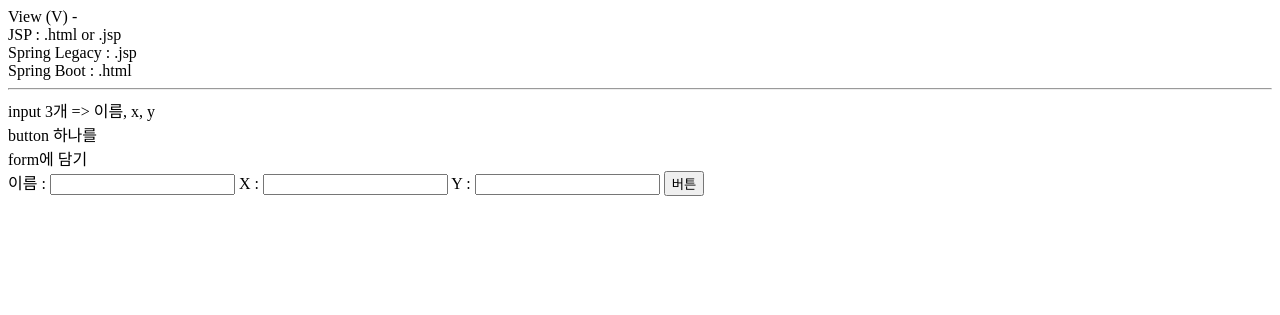
Repository: AgentHyun/FishDalle3
Page: http://localhost/Feb11_2_SpringMVC/
The author's editor kept a copy of each file at every save. The page is drawn from the files as they stood at one save, then again after the next save.
The browser window is 1280 px wide. The pictures show the whole page.
The page is served by Tomcat 9. Other server files are loaded and not shown.

Above is the page before, as saved 2025-02-11 01:34:38.

### Feb11_2_SpringMVC/src/main/webapp/WEB-INF/views/index.jsp
<%@ page language="java" contentType="text/html; charset=UTF-8"
    pageEncoding="UTF-8"%>
<!DOCTYPE html>
<html>
<head>
<meta charset="UTF-8">
<title>Insert title here</title>
</head>
<body>
  View (V) - <br>
      JSP : .html or .jsp <br>
      Spring Legacy : .jsp <br>
      Spring Boot : .html <br>
      <hr>
      input 3개 => 이름, x, y <br>
      button 하나를 <br>
      form에 담기
      <form>
      이름 : <input name = "name">
   X : <input name = "X">
      Y : <input name = "Y">

      <button>버튼</button>
      </form>


</body>
</html>

After the next save:
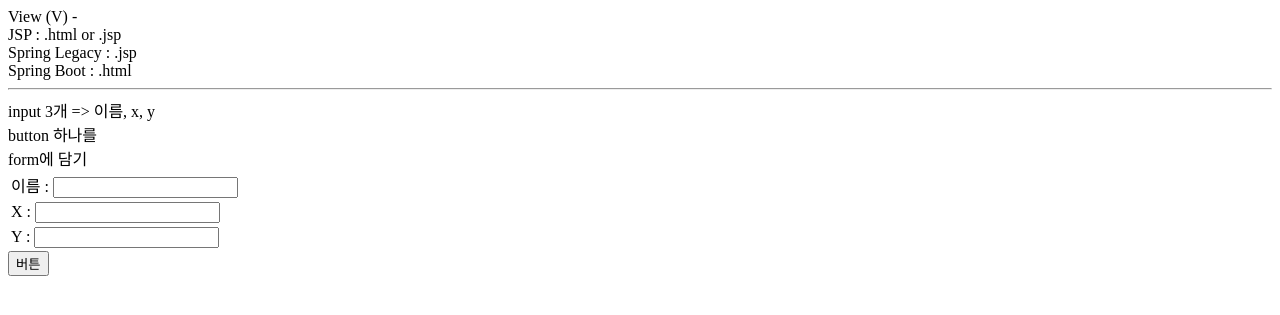
Saved 95 s later.
--- a/Feb11_2_SpringMVC/src/main/webapp/WEB-INF/views/index.jsp
+++ b/Feb11_2_SpringMVC/src/main/webapp/WEB-INF/views/index.jsp
@@ -16,10 +16,15 @@
       button 하나를 <br>
       form에 담기
       <form>
-      이름 : <input name = "name">
-   X : <input name = "X">
+      <table>
+      <tr><td>
+      이름 : <input name = "name"></td></tr>
+      <tr><td>
+   X : <input name = "X"></td></tr>
+      <tr><td>
       Y : <input name = "Y">
-
+</td></tr>
+      </table>
       <button>버튼</button>
       </form>
 
